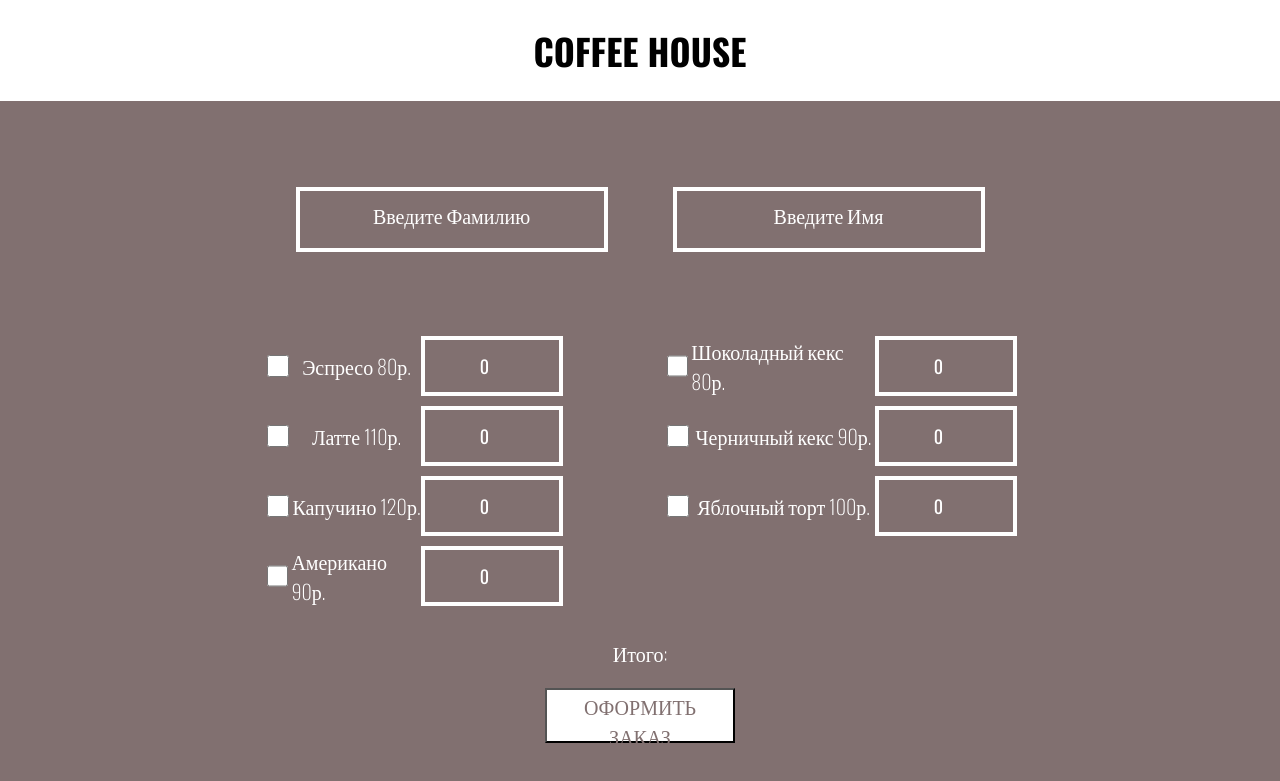
Repository: Valera1994/WebTestProject
Page: New2/index.html
These files come from the project's save history. The page is drawn as it stood at one moment and after the next save; the edit follows.
The browser window is 1280 px wide. The pictures show the whole page.

Above is the page before, as saved 2025-07-20 23:51:09.

### New2/index.html
<!DOCTYPE html>
<html lang="en">
<head>
    <meta charset="UTF-8">
    <meta name="viewport" content="width=device-width, initial-scale=1.0">
    <title>COFFEE HOUSE</title>
    <link rel="stylesheet" href="style.css">
    <link rel="preconnect" href="https://fonts.googleapis.com">
    <link rel="preconnect" href="https://fonts.gstatic.com" crossorigin="">
    <link href="https://fonts.googleapis.com/css2?family=Oswald:wght@200..700&amp;display=swap" rel="stylesheet">
</head>
<body>
    <header class="header">
        <h1 class="logo">COFFEE HOUSE</h1>
    </header>
    <div class="order">
        <div class="form">
            <input class="surname form_text" type="text" placeholder="Введите Фамилию" required="">
            <input class="name form_text" type="text" placeholder="Введите Имя" required="">
        </div>
        <div class="conteiner">
            <div class="menu-columns">
            <div class="menu_column">
            <div class="form_checkbox check1">
                <input type="checkbox" id="coffee" name="espreso" value="choise1">
                <label for="espreso">Эспресо 80р.</label>
                <input class="price" type="number" min="0" value="0" placeholder="0">
            </div>
            <div class="form_checkbox check1">
                <input type="checkbox" id="coffee" name="latte" value="choise1">
                <label for="latte">Латте 110р.</label>
                <input class="price" type="number" min="0" value="0" placeholder="0">
            </div>
            <div class="form_checkbox check1">
                <input type="checkbox" id="coffee" name="capp" value="choise1">
                <label for="capp">Капучино 120р.</label>
                <input class="price" type="number" min="0" value="0" placeholder="0">
            </div>
            <div class="form_checkbox check1">
                <input type="checkbox" id="coffee" name="amer" value="choise1">
                <label for="amer">Американо 90р.</label>
                <input class="price" type="number" min="0" value="0" placeholder="0">
            </div>
            </div>
            <div class="menu_column">
            <div class="form_checkbox check2">
                <input type="checkbox" id="coffee" name="choco" value="choise1">
                <label for="choco">Шоколадный кекс 80р.</label>
                <input class="price" type="number" min="0" value="0" placeholder="0">
            </div>
            <div class="form_checkbox check2">
                <input type="checkbox" id="coffee" name="chern" value="choise1">
                <label for="chern">Черничный кекс 90р.</label>
                <input class="price" type="number" min="0" value="0" placeholder="0">
            </div>
            <div class="form_checkbox check2">
                <input type="checkbox" id="coffee" name="apple" value="choise1">
                <label for="apple">Яблочный торт 100р.</label>
                <input class="price" type="number" min="0" value="0" placeholder="0">
            </div>
            </div>
            </div>
        </div>

        <p>Итого: <span class="result"></span></p>
        <div class="button_container">
            <button class="btn">ОФОРМИТЬ ЗАКАЗ</button>
        </div>
    </div>
</body>
</html>

### New2/style.css
body{
    margin: 0;
    padding: 0;
    font-family: 'Oswald', sans-serif;
}

.header {
    width: 100%;
    box-sizing: border-box;
    text-decoration: none;
    top: 0;
    left: 0;
}

.logo{
    color: black;
    font-size: 36px;
    white-space: nowrap;
    font-weight: medium;
    display: flex;
    justify-content: center;
}

.order{
    width: 100%;
    height: 680px;
    background: rgba(129, 112, 112, 1);
}

.form{
    padding: 86px 0;
    gap: 65px;
    display: flex;
    justify-content: center;
}

.form_text{
    background-color: #817070;
    display: flex;
    flex-direction: column;
    justify-content: center;
    width: 300px;
    height: 55px;
    border: 4px solid white;
}

.form_text::placeholder {
    font-family: 'Oswald';
    color: white;
    opacity: 1;
    display: flex;
    align-items:center;
    text-align: center;
    font-size: 20px;
    font-weight: lighter;
}

.container{
    display: flex;
    height: 271px;
    width: 100%;
    padding-bottom: 17px;
}

.menu-columns {
    display: flex;
    justify-content: center;
    width: 784px;
    gap: 100px;
    margin: 0 auto;
}

.menu-column {
    flex: 1;
}

.form_checkbox{
    display: flex;
    justify-content: space-between;
    align-items: center;
    margin-bottom: 15px;
}

label{
    font-family: 'Oswald';
    font-size: 20px;
    font-weight:lighter;
    color: white;
}

.check1{
    width: 300px;
    height: 55px;
}

.check2{
    width: 354px;
    height: 55px;
}

#coffee{
    width: 22px;
    height: 22px;
    background: rgba(196, 196, 196, 1);
}

.price{
    background-color: #817070;
    display: flex;
    flex-direction: column;
    justify-content: center;
    width: 130px;
    height: 50px;
    border: 4px solid white;
    text-align: center;
    font-family: 'Oswald';
    font-size: 18px;
    color: white;
}

p{
    font-family: 'Oswald';
    font-size: 20px;
    font-weight:lighter;
    color: white;
    display: flex;
    justify-content: center;
}

.button_container{
    display: flex;
    justify-content: center;
}

.btn{
    width: 190px;
    height: 55px;
    font-family: 'Oswald';
    font-size: 20px;
    font-weight: 500;
    background-color: white;
    color: rgba(129, 112, 112, 1);
}

After the next save:
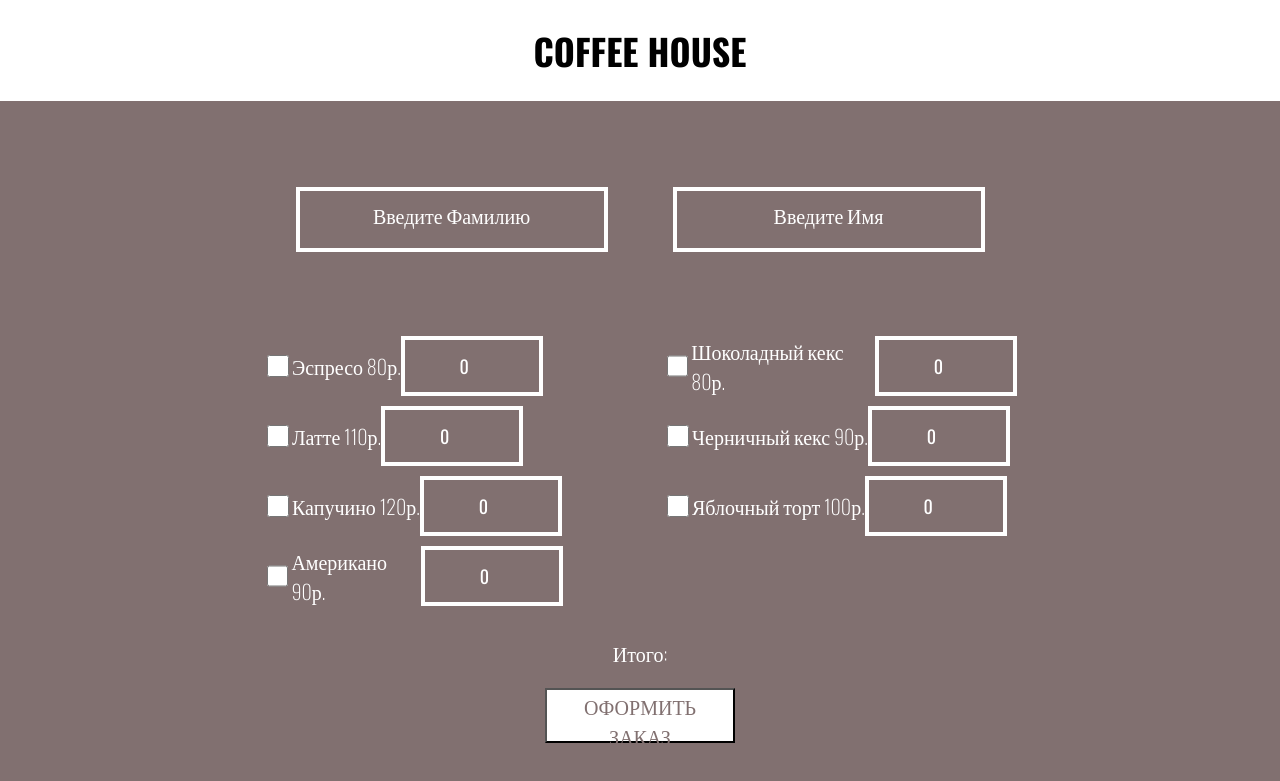
Saved 36 s later.
--- a/New2/style.css
+++ b/New2/style.css
@@ -76,7 +76,7 @@
 
 .form_checkbox{
     display: flex;
-    justify-content: space-between;
+    justify-content:first baseline;
     align-items: center;
     margin-bottom: 15px;
 }

After the save that followed:
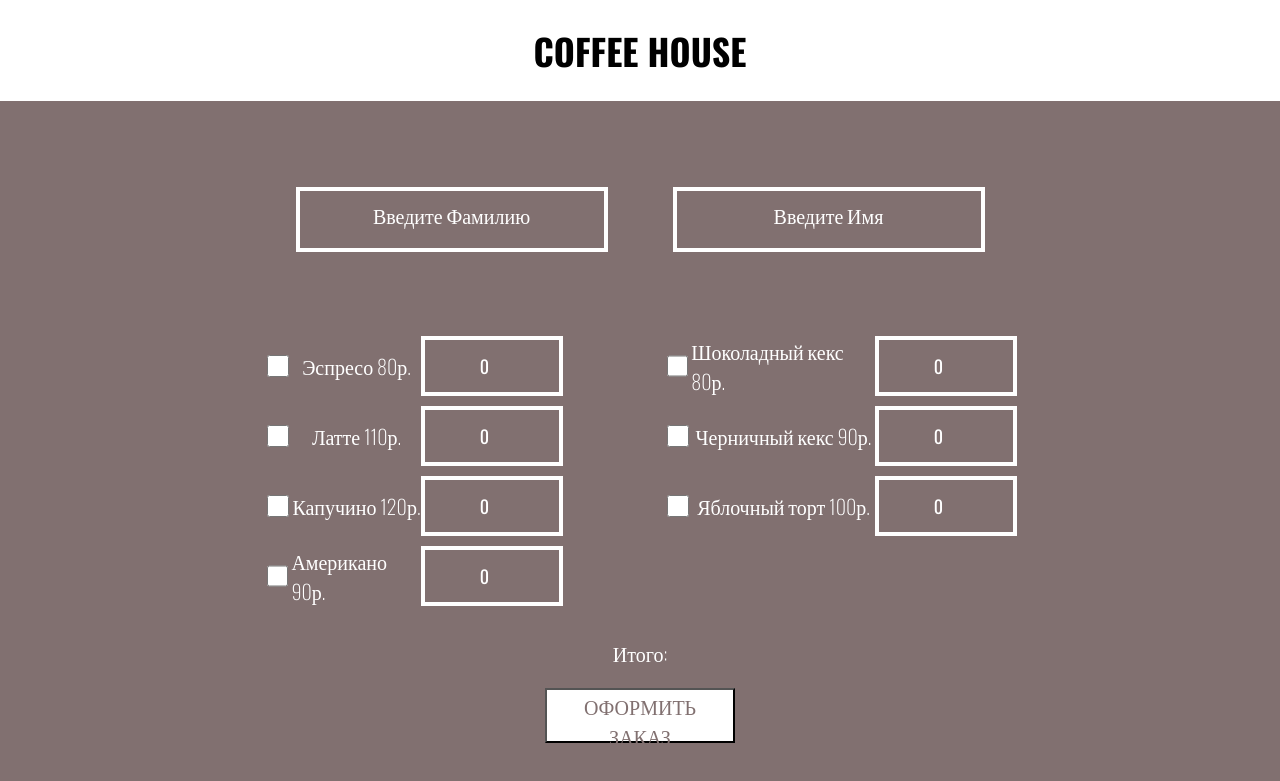
Saved 7 s later.
--- a/New2/style.css
+++ b/New2/style.css
@@ -76,7 +76,7 @@
 
 .form_checkbox{
     display: flex;
-    justify-content:first baseline;
+    justify-content: space-between;
     align-items: center;
     margin-bottom: 15px;
 }
